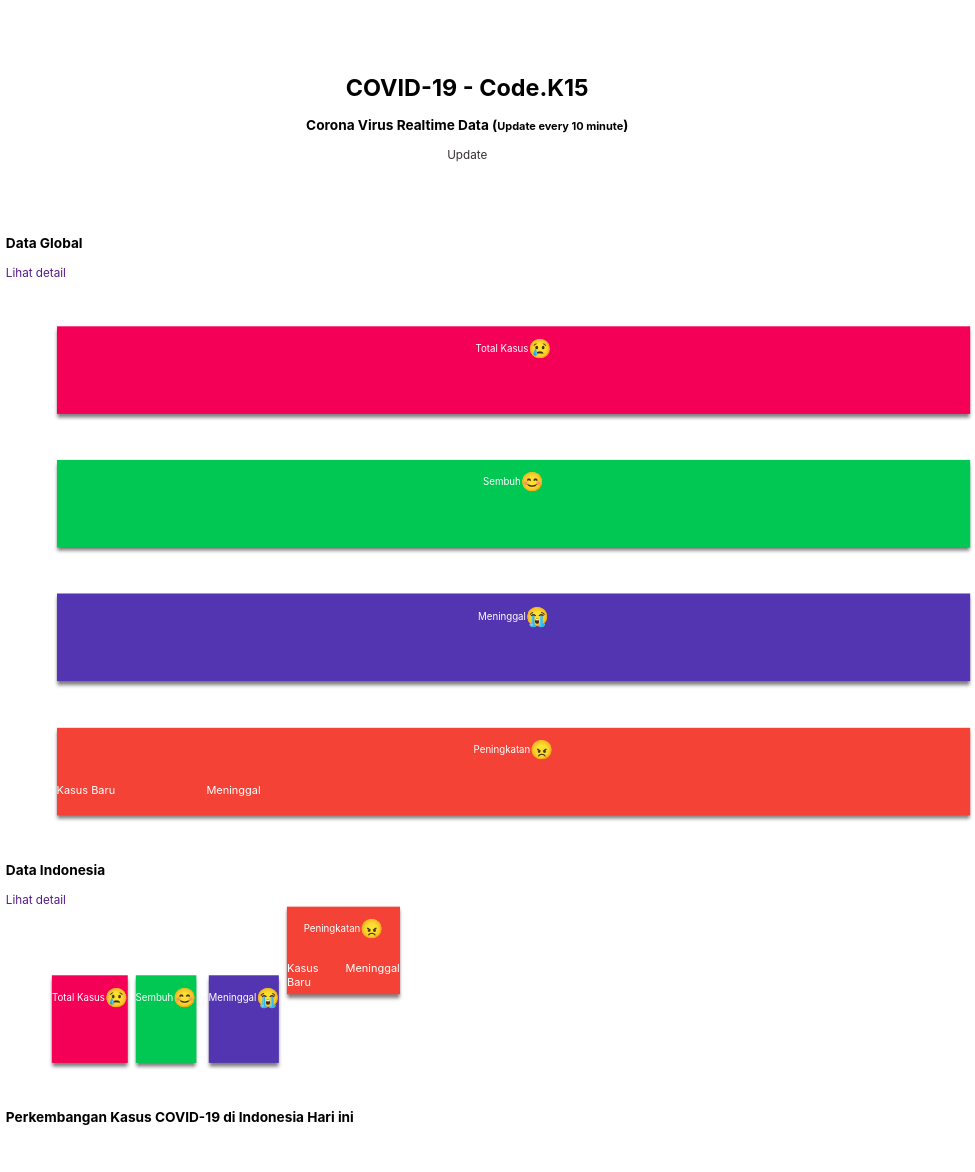
Repository: fathur15/covid19-monitoring
Page: http://localhost/covid19/apps/views/data/main/dashboard.php
The author's editor kept a copy of each file at every save. The page is drawn from the files as they stood at one save, then again after the next save.
The browser window is 1280 px wide. The page is 1335 px wide, so the pictures cover 1335 px, including what lies to the right of the window. The pictures show the whole page, at 73% of full size.
The page is run by PHP 8.4 with error messages shown; the project is at /var/www/html/.

Above is the page before, as saved 2020-04-17 11:11:29.

After the next save:
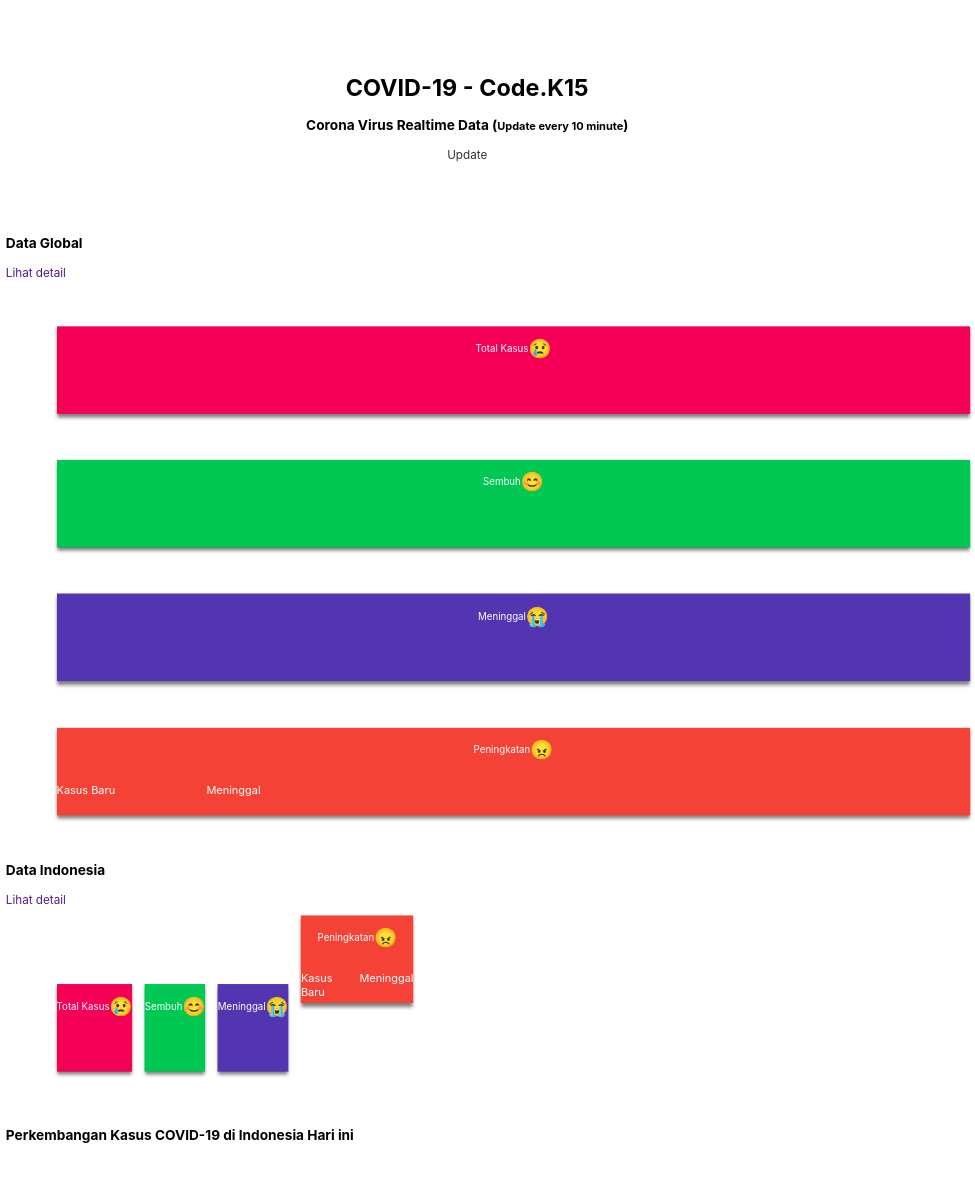
Saved 67 s later.
--- a/apps/views/data/main/dashboard.php
+++ b/apps/views/data/main/dashboard.php
@@ -94,7 +94,7 @@
                     <a style="text-decoration: none" href="">Lihat detail  <i class="fas fa-long-arrow-alt-right" aria-hidden="true"></i></a>
                 </div>
                 <div id="resumeIndonesia" class="row resume" style="width: 100%; margin: 0 5%;" >
-                    <div class="card col-md-3 shadow-box" style="background: #f50057; margin: 0; display: inline-block; align-items: center; height: 120px ">
+                    <div class="card col-md-3 shadow-box" style="background: #f50057; margin: 1% 0.5%; display: inline-block; align-items: center; height: 120px ">
                         <div class="card-body">
                             <div style="flex-direction: row; display: flex; justify-content: center; align-items: center">
                                 <h5 id="title-kasus-indonesia" class="card-text">Total Kasus</h5>
@@ -103,7 +103,7 @@
                             <p style="font-size: 14px" class="card-text" id="kasus-indonesia"></p>
                         </div>
                     </div>
-                    <div class="card col-md-3 shadow-box" style="background: #00c853; margin: 0 0.5%; display: inline-block; align-items: center; height: 120px ">
+                    <div class="card col-md-3 shadow-box" style="background: #00c853; margin: 1% 0.5%; display: inline-block; align-items: center; height: 120px ">
                         <div class="card-body">
                             <div style="flex-direction: row; display: flex; justify-content: center; align-items: center">
                                 <h5 id="title-kasus-indonesia" class="card-text">Sembuh</h5>
@@ -112,7 +112,7 @@
                             <p class="card-text" id="sembuh-indonesia"></p>
                         </div>
                     </div>
-                    <div class="card col-md-2 shadow-box" style="margin: 0 0.5%; display: inline-block; height: 120px;align-items: center;  background :#5335b1">
+                    <div class="card col-md-2 shadow-box" style="margin: 1% 0.5%; display: inline-block; height: 120px;align-items: center;  background :#5335b1">
                         <div class="card-body">
                             <div style="flex-direction: row; display: flex; justify-content: center; align-items: center;">
                                 <h5 id="title-kasus-indonesia" class="card-text">Meninggal</h5>
@@ -121,7 +121,7 @@
                             <p class="card-text" id="meninggal-indonesia"></p>
                         </div>
                     </div>
-                    <div class="card col-md-3 shadow-box" style="margin: 0; display: inline-block; height: 120px; background: #f44336">
+                    <div class="card col-md-3 shadow-box" style="margin: 1% 0.5%; display: inline-block; height: 120px; background: #f44336">
                         <div class="card-body">
                             <div style="flex-direction: row; display: flex; justify-content: center; align-items: center;">
                                 <h5 id="title-kasus-indonesia" class="card-text">Peningkatan</h5>
